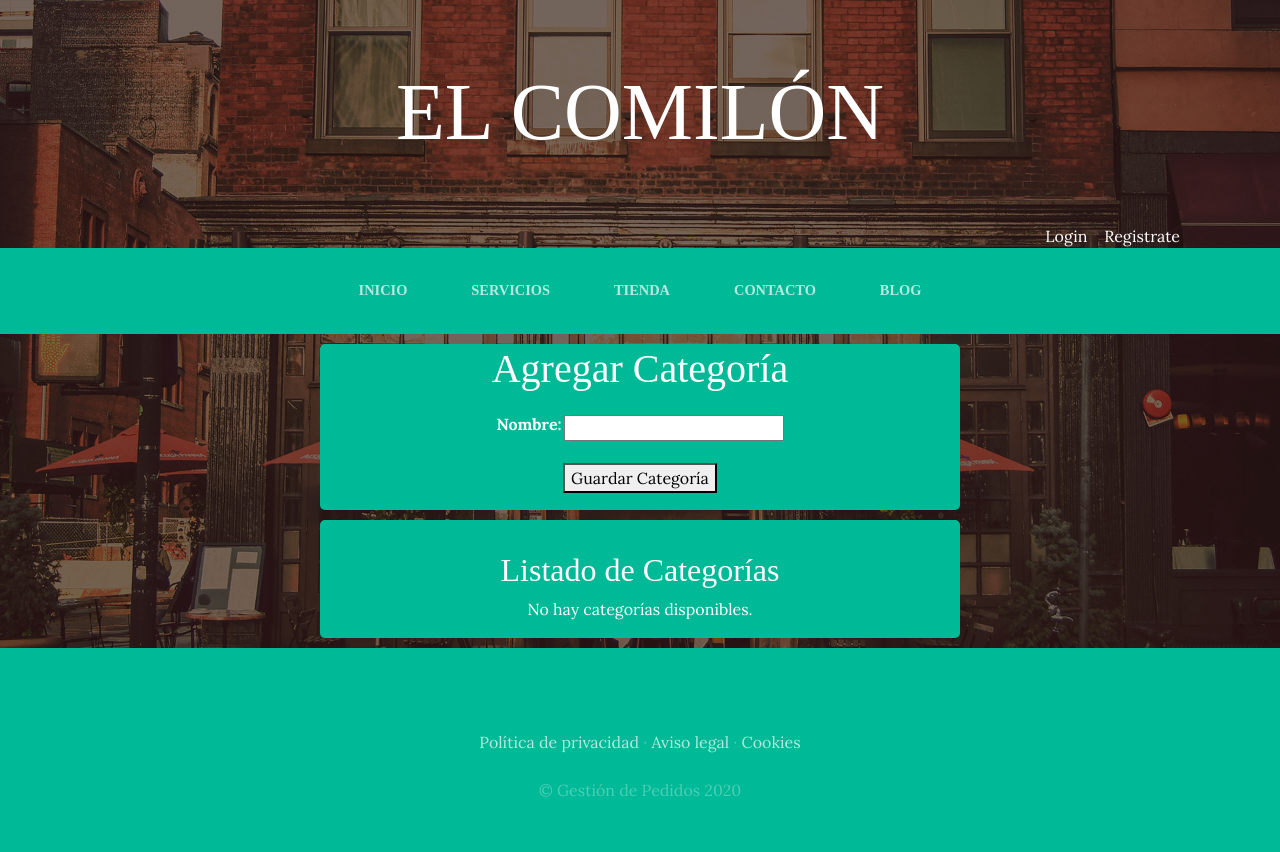
Repository: MatLarrea/Entrega_Elcomilon
Page: http://localhost/tienda/agregar_categoria/
The author's editor kept a copy of each file at every save. The page is drawn from the files as they stood at one save, then again after the next save.
The browser window is 1280 px wide. The pictures show the whole page.
Backgrounds fixed to the window are drawn as part of the page. Some web fonts or font styles are not loaded; a fallback is used. The page is served by the project's application, run on Django 5.2 (manage.py). Other server files are loaded and not shown. Queries for data that is not in the repository find no rows.

Above is the page before, as saved 2024-07-11 22:34:38.
Console error: TypeError: Cannot read properties of null (reading 'addEventListener')

### TiendaApp/templates/tienda/agregar_categoria.html
{% extends 'layouts/base.html'%}

{% load static %}


{% block content %}
<div class="formularioContacto" style="text-align: center;">
    <h1 style="color: white;">Agregar Categoría</h1>
    <form method="post">
        {% csrf_token %}
        <table style="margin:20px auto; color: white;">
        {{ form.as_table }}
        </table>
        <button type="submit" style="display: block; margin: 0 auto;">Guardar Categoría</button>
    </form>
</div>
<div class="formularioContacto" style="text-align: center;">
    <h2 style="color: white; margin-top: 30px;">Listado de Categorías</h2>
    <ul style="list-style-type: none; padding: 0;">
        {% for categoria in categorias %}
        <li style="margin-bottom: 10px;">
            {{ categoria.nombre }}
            <form method="post" action="{% url 'borrar_categoria' categoria.id %}" style="display: inline;">
                {% csrf_token %}
                <button type="submit" style="margin-left: 10px;">Eliminar</button>
            </form>
        </li>
        {% empty %}
        <li style="color: white;">No hay categorías disponibles.</li>
        {% endfor %}
    </ul>
</div>
{% endblock%}

### Carrito/context_processor.py
from django.contrib import messages

def importe_total_carro(request):

    total = 0

    if request.user.is_authenticated:
        for key, value in request.session["carrito"].items():
            total = total + float(value["precio"])
    else:
        total = "Error"
    return {"importe_total_carro":total}

### Tienda_OnlineApp/templates/layouts/base.html
<html>

<head>


    {% load static %}
    <!-- Bootstrap -->
    <link href="{% static 'Tienda_OnlineApp/vendor/bootstrap/css/bootstrap.min.css' %}" rel="stylesheet">

    <!-- Fonts -->

    <link href="https://fonts.googleapis.com/css2?family=Raleway:wght@300&display=swap" rel="stylesheet">
    <link href="https://fonts.googleapis.com/css?family=Lora:400,400i,700,700i" rel="stylesheet">


    <!-- Styles -->
    <link href="{% static 'Tienda_OnlineApp/css/gestion.css' %}" rel="stylesheet">
</head>

<body>

    <h1 class="site-heading text-center text-white d-none d-lg-block">

        <span class="site-heading-lower">El comilón</span>
    </h1>

    <div style="text-align: right; margin-right: 100px; color: white;">

        {% if user.is_authenticated %}
           Bienvenido {{user.username}} &nbsp;&nbsp; <a href="{% url 'cerrar_sesion'%}" style="color: white;"> Cerrar sesión</a>
        {% else %}
            <a href="{% url 'logear' %}" style="color: white;">Login</a> &nbsp;&nbsp; <a href="{% url 'registro'%}" style="color: white;">Registrate</a>
        {% endif %}
    </div>
    <!-- Navbar -->
    <nav class="navbar navbar-expand-lg navbar-dark py-lg-4" id="mainNav">
        <div class="container">
            <a class="navbar-brand text-uppercase text-expanded font-weight-bold d-lg-none" href="home.html">Gestión de Pedidos
            </a>
            <button class="navbar-toggler" type="button" data-toggle="collapse" data-target="#navbarResponsive"
                aria-controls="navbarResponsive" aria-expanded="false" aria-label="Toggle navigation">
                <span class="navbar-toggler-icon"></span>
            </button>
            <div class="collapse navbar-collapse" id="navbarResponsive">
                <ul class="navbar-nav mx-auto">
                    <li class="nav-item {% if request.path == '/' %}active{% endif %} px-lg-4">
                        <a class="nav-link text-uppercase text-expanded" href="{% url 'home' %}">Inicio</a>
                    </li>
                    <li class="nav-item {% if request.path == '/servicios/' %}active{% endif %} px-lg-4">
                        <a class="nav-link text-uppercase text-expanded" href="{% url 'servicios' %}">Servicios</a>
                    </li>
                    <li class="nav-item {% if request.path == '/tienda/' %}active{% endif %} px-lg-4">
                        <a class="nav-link text-uppercase text-expanded" href="{% url 'tienda' %}">Tienda</a>
                    </li>
                    <li class="nav-item {% if request.path == '/contacto/' %}active{% endif %} px-lg-4">
                        <a class="nav-link text-uppercase text-expanded" href="{% url 'contacto' %}">Contacto</a>
                    </li>
                    <li class="nav-item {% if request.path|slice:':6' == '/blog/' %}active{% endif %} px-lg-4">
                        <a class="nav-link text-uppercase text-expanded" href="{% url 'blog' %}">Blog</a>
                    </li>
                    {% if user.is_superuser %}
                        <li class="nav-item {% if request.path == '/agregar_categoria/' %}active{% endif %} px-lg-4">
                            <a class="nav-link text-uppercase text-expanded" href="{% url 'agregar_categoria' %}">Administracion Categorias</a>
                        </li>
                        <li class="nav-item {% if request.path == '/agregar_producto/' %}active{% endif %} px-lg-4">
                            <a class="nav-link text-uppercase text-expanded" href="{% url 'agregar_producto' %}">Administracion Productos</a>
                        </li>
                    {% endif %}
                </ul>
            </div>
        </div>
    </nav>

    <!-- Contenido de las paginas-->
    {% block content%}

    {% endblock %}

    <!-- Footer -->
    <footer class="footer text-faded text-center py-5">
        <div class="container">
            <p class="m-0">
                <a href="#" class="link">
                    <span class="fa-stack fa-lg">
                        <i class="fa fa-circle fa-stack-2x"></i>
                        <i class="fa fa-twitter fa-stack-1x fa-inverse"></i>
                    </span>
                </a>
                <a href="#" class="link">
                    <span class="fa-stack fa-lg">
                        <i class="fa fa-circle fa-stack-2x"></i>
                        <i class="fa fa-facebook fa-stack-1x fa-inverse"></i>
                    </span>
                </a>
                <a href="#" class="link">
                    <span class="fa-stack fa-lg">
                        <i class="fa fa-circle fa-stack-2x"></i>
                        <i class="fa fa-instagram fa-stack-1x fa-inverse"></i>
                    </span>
                </a>
            </p>
            <p class="m-0 mbt">
                <a href="sample.html" class="link">Política de privacidad</a> ·
                <a href="sample.html" class="link">Aviso legal</a> ·
                <a href="sample.html" class="link">Cookies</a>
            </p>
            <p class="m-0 mbt1">&copy; Gestión de Pedidos 2020</p>
        </div>
    </footer>

    <!-- Bootstrap -->
    <script src="{% static 'Tienda_OnlineApp/vendor/jquery/jquery.min.js' %}"></script>
    <script src="{% static 'Tienda_OnlineApp/vendor/bootstrap/js/bootstrap.bundle.min.js' %}"></script>
    <script src="{% static 'Tienda_OnlineApp/js/gestion.js' %}"></script>
</body>

</html>

### TiendaApp/forms.py
from django import forms
from .models import Categoria_producto, Producto

class CategoriaProductoForm(forms.ModelForm):
    class Meta:
        model = Categoria_producto
        fields = ['nombre']

class ProductoForm(forms.ModelForm):
    class Meta:
        model = Producto
        fields = ['nombre', 'precio', 'categorias', 'imagen', 'disponibilidad']

### TiendaApp/models.py
from django.db import models

# Create your models here.
class Categoria_producto(models.Model):
    nombre = models.CharField(max_length=100, unique=True)
    created = models.DateTimeField(auto_now_add=True)
    updated = models.DateTimeField(auto_now_add=True)

    class Meta:
        verbose_name = "categoria_producto"
        verbose_name_plural = "categorias_producto"

    def __str__(self):
        return self.nombre

class Producto(models.Model):
    nombre = models.CharField(max_length=50)
    precio = models.FloatField()
    categorias =  models.ForeignKey(Categoria_producto, on_delete=models.CASCADE)
    imagen = models.ImageField(upload_to="tienda", null=True, blank=True)
    disponibilidad = models.BooleanField(default=True)
    created = models.DateTimeField(auto_now_add=True)
    updated = models.DateTimeField(auto_now_add=True)

    class Meta:
        verbose_name = "producto"
        verbose_name_plural = "productos"

    def __str__(self):
        return self.nombre

### TiendaApp/views.py
from django.shortcuts import render, redirect, get_object_or_404
from .models import Producto, Categoria_producto
from .forms import CategoriaProductoForm, ProductoForm
from django.contrib import messages
from django.db import IntegrityError

# Create your views here.
def tienda(request):
    productos = Producto.objects.all()
    return render(request, "tienda/tienda.html", {"productos":productos})

def agregar_categoria(request):
    if request.method == 'POST':
        form = CategoriaProductoForm(request.POST)
        if form.is_valid():
            nombre_categoria = form.cleaned_data['nombre']
            try:
                form.save()
                messages.success(request, f'Categoría "{nombre_categoria}" agregada correctamente.')
                return redirect('agregar_categoria')  # Redirige a la misma página de agregar categoría
            except IntegrityError:
                messages.error(request, f'La categoría "{nombre_categoria}" ya existe.')
    else:
        form = CategoriaProductoForm()

    categorias = Categoria_producto.objects.all()  # Obtener todas las categorías desde la base de datos

    return render(request, 'tienda/agregar_categoria.html', {'form': form, 'categorias': categorias})

def borrar_categoria(request, categoria_id):
    categoria = get_object_or_404(Categoria_producto, pk=categoria_id)
    if request.method == 'POST':
        categoria.delete()
        messages.success(request, f'Categoría "{categoria.nombre}" eliminada correctamente.')
        return redirect('agregar_categoria')  # Redirige de nuevo a la misma página de agregar categoría
    return redirect('agregar_categoria')  # En caso de que no sea POST, redirige a la misma página de agregar categoría

def agregar_producto(request):
    if request.method == 'POST':
        form = ProductoForm(request.POST, request.FILES)
        if form.is_valid():
            form.save()
            return redirect('agregar_producto')
    else:
        form = ProductoForm()

    productos = Producto.objects.all()
    context = {
        'form': form,
        'productos': productos,
    }
    return render(request, 'tienda/agregar_producto.html', context)

def borrar_producto(request, producto_id):
    producto = get_object_or_404(Producto, id=producto_id)
    if request.method == 'POST':
        producto.delete()
        return redirect('agregar_producto')

    return render(request, 'tienda/agregar_producto.html', {'producto': producto})

### Tienda_Online/urls.py
"""
URL configuration for Tienda_Online project.

The `urlpatterns` list routes URLs to views. For more information please see:
    https://docs.djangoproject.com/en/5.0/topics/http/urls/
Examples:
Function views
    1. Add an import:  from my_app import views
    2. Add a URL to urlpatterns:  path('', views.home, name='home')
Class-based views
    1. Add an import:  from other_app.views import Home
    2. Add a URL to urlpatterns:  path('', Home.as_view(), name='home')
Including another URLconf
    1. Import the include() function: from django.urls import include, path
    2. Add a URL to urlpatterns:  path('blog/', include('blog.urls'))
"""
from django.contrib import admin
from django.urls import path, include
from django.conf import settings
from django.conf.urls.static import static

urlpatterns = [
    path('admin/', admin.site.urls),
    path('', include("Tienda_OnlineApp.urls")),
    path('servicios/', include("ServiciosApp.urls")),
    path('blog/', include("BlogApp.urls")),
    path('contacto/', include("ContactoApp.urls")),
    path('tienda/', include("TiendaApp.urls")),
    path('carrito/', include("Carrito.urls")),
    path('auth/', include("AutentificacionApp.urls")),
]

urlpatterns += static(settings.MEDIA_URL, document_root = settings.MEDIA_ROOT)

### ServiciosApp/urls.py
from django.urls import path
from . import views

urlpatterns = [
    path('', views.servicios, name="servicios"),
]

### BlogApp/urls.py
from django.urls import path
from . import views

urlpatterns = [
    path('', views.blog, name="blog"),
    path('categoria/<categoria_id>/', views.categoria, name="categoria"),
]

### ContactoApp/urls.py
from django.urls import path
from . import views

urlpatterns = [
    path('', views.contacto, name="contacto"),
]

### TiendaApp/urls.py
from django.urls import path
from . import views
from .views import agregar_categoria


urlpatterns = [
    path('', views.tienda, name="tienda"),
    path('agregar_categoria/', views.agregar_categoria, name='agregar_categoria'),
    path('borrar_categoria/<int:categoria_id>/', views.borrar_categoria, name='borrar_categoria'),
    path('agregar_producto/', views.agregar_producto, name='agregar_producto'),
    path('borrar_producto/<int:producto_id>/', views.borrar_producto, name='borrar_producto'),
]

### Carrito/urls.py
from django.urls import path
from . import views

app_name = "ctienda"

urlpatterns = [

    path("agregar/<int:producto_id>/", views.agregar_producto, name="agregar"),
    path("eliminar/<int:producto_id>/", views.eliminar_producto, name="eliminar"),
    path("restar/<int:producto_id>/", views.restar_producto, name="restar"),
    path("limpiar/", views.limpiar_carrito, name="limpiar"),
]

### AutentificacionApp/urls.py
from django.urls import path
from .views import VRegistro, cerrar_sesion, logear



urlpatterns = [
    path('', VRegistro.as_view() , name="registro"),
    path('cerrar_sesion', cerrar_sesion, name="cerrar_sesion"),
    path('login', logear, name="logear"),
]

### Tienda_OnlineApp/static/Tienda_OnlineApp/css/gestion.css
body {
  font-family: 'Lora';
  background: linear-gradient(rgba(47, 23, 15, 0.65), rgba(47, 23, 15, 0.65)), url("../img/bg_mainn.jpg");
  background-attachment: fixed;
  background-position: center;
  background-size: cover;
}

h1,
h2,
h3,
h4,
h5,
h6 {
  font-family: 'Raleway';
}

p {
  line-height: 1.75;
}

.text-faded {
  color: rgba(255, 255, 255, 0.3);
}

.site-heading {
  margin-top: 5rem;
  margin-bottom: 5rem;
  text-transform: uppercase;
  line-height: 1;
  font-family: 'Raleway';
}

.site-heading .site-heading-upper {
  display: block;
  font-size: 2rem;
  font-weight: 800;
}

.site-heading .site-heading-lower {
  font-size: 5rem;
  font-weight: 100;
  line-height: 4rem;
}

.page-section {
  margin-top: 5rem;
  margin-bottom: 5rem;
}

.section-heading {
  text-transform: uppercase;
}

.section-heading .section-heading-upper {
  display: block;
  font-size: 1rem;
  font-weight: 800;
  padding-bottom: .5rem;

}

.section-heading .section-heading-lower {
  display: block;
  font-size: 3rem;
  font-weight: 100;
}


.section-heading .section-heading-under {
  display: block;
  font-size: 1rem;
  text-transform: none;
  font-weight: 300;
  margin-top: .5rem;
}

.bg-faded {
  background-color: rgba(255, 255, 255, 0.85);
}

#mainNav {
  background-color: rgb(0, 185, 151);
  font-family: 'Raleway';
}

#mainNav .navbar-brand {
  color: #ffffff;
}

#mainNav .navbar-nav .nav-item .nav-link {
  color: rgba(255, 255, 255, 0.7);
  font-weight: 800;
}

#mainNav .navbar-nav .nav-item.active .nav-link {
  color: #ffffff;
  text-decoration: underline;
}

@media (min-width: 992px) {
  #mainNav .navbar-nav .nav-item .nav-link {
    font-size: 0.9rem;
  }

  #mainNav .navbar-nav .nav-item .nav-link:hover {
    color: rgba(255, 255, 255, 0.4);
    text-decoration: underline;
  }

  #mainNav .navbar-nav .nav-item.active .nav-link:hover {
    color: #ffffff;
    text-decoration: underline;
  }
}

.btn-xl {
  font-weight: 700;
  font-size: 0.8rem;
  padding-top: 1.5rem;
  padding-bottom: 1.5rem;
  padding-left: 2rem;
  padding-right: 2rem;
}

.intro {
  position: relative;
}

@media (min-width: 992px) {
  .intro .intro-img {
    width: 75%;
    float: left;
  }

  .intro .intro-text {
    left: 600;
    width: 60%;
    margin-top: 3rem;
    background-color: rgb(0, 185, 151);
    color: cornsilk;
    position: absolute;
  }

  .intro .intro-text .intro-button {
    width: 100%;
    left: 0;
    position: absolute;
    bottom: -2rem;
  }
}

@media (min-width: 1200px) {
  .intro .intro-text {
    width: 45%;
  }
}

.cta {
  padding-top: 5rem;
  padding-bottom: 5rem;
  background-color: rgb(242, 245, 240);
}

.cta .cta-inner {
  position: relative;
  padding: 3rem;
  margin: 0.5rem;
  background-color: rgb(0, 185, 151);
  color: cornsilk;
}

.cta .cta-inner:before {
  border-radius: 0.5rem;
  content: '';
  position: absolute;
  top: -0.5rem;
  bottom: -0.5rem;
  left: -0.5rem;
  right: -0.5rem;
  border: 0.25rem solid rgba(255, 255, 255, 0.85);
}

.cta .cta-innerv {
  position: relative;
  padding: 3rem;
  margin: 0.5rem;
  background-color: rgba(255, 255, 255, 0.85);
}

@media (min-width: 992px) {
  .about-heading .about-heading-img {
    position: relative;
    z-index: 0;
  }

  .about-heading .about-heading-content {
    margin-top: -5rem;
    position: relative;
    z-index: 1;
  }
}

@media (min-width: 992px) {
  .product-item .product-item-title {
    position: relative;
    z-index: 1;
    margin-bottom: -3rem;
  }

  .product-item .product-item-img {
    position: relative;
    z-index: 0;
    max-width: 60vw;
  }

  .product-item .product-item-description {
    position: relative;
    z-index: 1;
    margin-top: -3rem;
    max-width: 50vw;
  }
}



@media (min-width: 992px) {
  .list-hours {
    width: 50%;
    font-size: 1.1rem;
  }
}

.address strong {
  font-size: 1.2rem;
}

.footer {
  background-color: rgb(0, 185, 151);
}



.btn {
  box-shadow: 0px 3px 3px 0px rgba(33, 37, 41, 0.1);
}



.font-weight-light {
  font-weight: 100 !important;
}

.mbtm {
  padding-top: 5rem;
}

.mbt {
  padding-top: 2rem;
}

.mbt1 {
  padding-top: 1.25rem;
}

a.link {
  color: rgba(255, 255, 255, 0.7);
}

a.link:hover {
  text-decoration: none;
  color: rgba(255, 255, 255, 0.4);
}

.section-content {
  font-family: 'Lora' !important;
  font-size: 16px !important;
  font-weight: 400 !important;
  line-height: 28px !important;
}

ul.errorlist {
  padding-top: .75rem;
  font-style: italic;
  color: red;
}

.linksCategorias{
  color: white !important;
  text-decoration: underline;
}

.linksCategorias:hover{
  text-decoration: none;
}

.formularioContacto{
  background-color:  rgb(0, 185, 151);
  margin: auto;
  width: 50%;
  margin: 10px auto;
  border-radius: 5px;
  padding: 1px 0px;
}

/*Mapa api*/

#encuentranos p{
  text-align: center;
}

#map{
  border-radius: 5rem;
  border-style: ridge;
  border-width: 1rem;
  border-color:  rgb(0, 185, 151);
  height: 30rem;
  width: 80%;
  margin: auto;
}

.texto-mapa{
  color: black;
  font-size: 2rem;
}

.mapa{
  background-color: #fff;
  padding-bottom: 5rem;
}

.clima button{

  text-decoration: none;
  color: #fff;
  border-color: black;
  max-width: 20rem;
  height: 2rem;
}

#resultado{
  background-color:   rgb(0, 185, 151);
  color: black;
  max-width: 15rem;
}

#inicio{
  margin: 1% 1%;
}

### Tienda_OnlineApp/static/Tienda_OnlineApp/js/gestion.js
//Creacion de ubicacion localizacion local google map api
let map;
async function initMap() {
  let coord  = {lat:-33.012516 ,lng:-71.549197 };
  const { Map } = await google.maps.importLibrary("maps");
  map = new Map(document.getElementById("map"), {
    center: coord,
    zoom: 16,
  });
  var marker = new google.maps.Marker({
    position: coord,
    map: map
});
}
initMap();


//Obtencion datos API openweathermap
let key = 'b2158dabed90c6c3a9797b6e96405750';
let ciudad = document.getElementById('city');
let boton = document.getElementById('btn');
let resultado = document.getElementById('resultado');
let get_weather = () => {
  let city_name = ciudad.value;
    let url = `https://api.openweathermap.org/data/2.5/weather?q=${city_name}&appid=${key}&units=metric`
    fetch(url).then((resp) => resp.json()).then(data => {
      console.log("la temperatura es " +(data.main.temp)+'°');
      console.log(data.weather[0].description);
      console.log(data);
      resultado.innerHTML = `<h2>${data.name} | ${data.main.temp+'°'}</h2>`
    });
}
boton.addEventListener('click',get_weather);

Loaded but not shown: Tienda_OnlineApp/urls.py (common file)

After the next save:
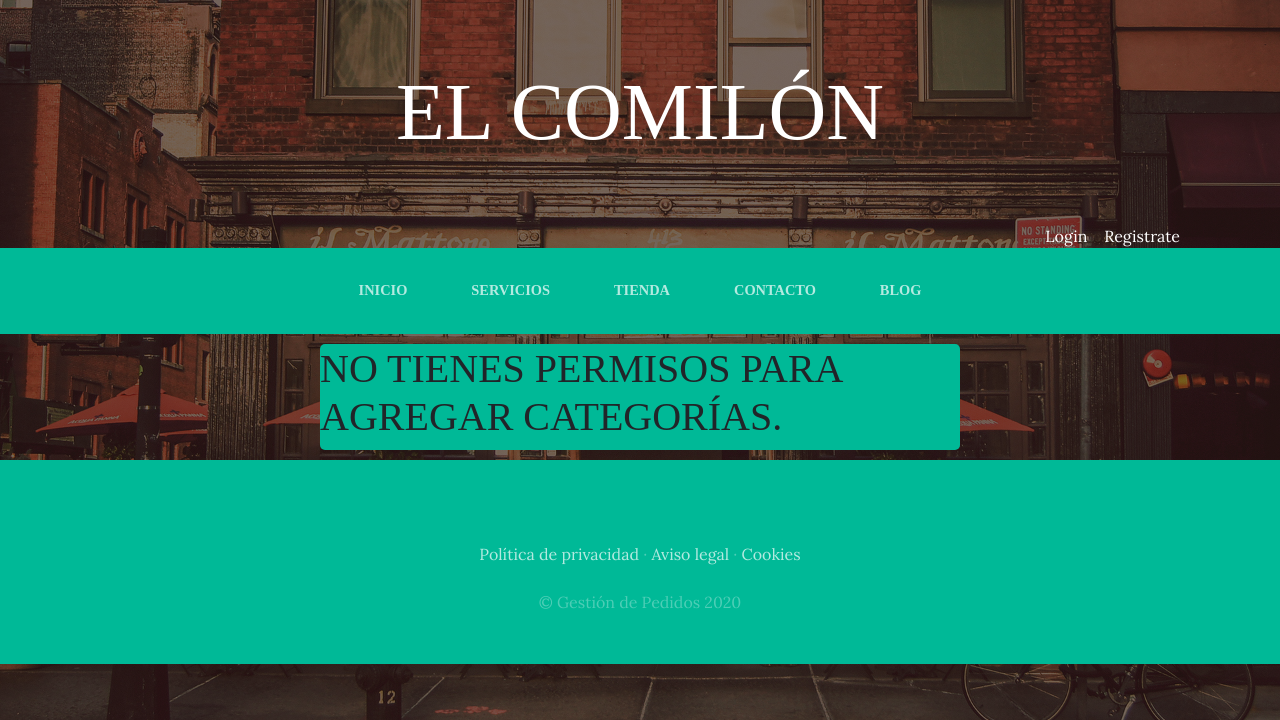
Saved 6 min 34 s later.
--- a/TiendaApp/templates/tienda/agregar_categoria.html
+++ b/TiendaApp/templates/tienda/agregar_categoria.html
@@ -4,6 +4,7 @@
 
 
 {% block content %}
+{% if user.is_superuser %}
 <div class="formularioContacto" style="text-align: center;">
     <h1 style="color: white;">Agregar Categoría</h1>
     <form method="post">
@@ -30,4 +31,10 @@
         {% endfor %}
     </ul>
 </div>
+{% else %}
+<div class="formularioContacto">
+    <H1>NO TIENES PERMISOS PARA AGREGAR CATEGORÍAS.</H1>
+</div>
+{% endif %}
+
 {% endblock%}
